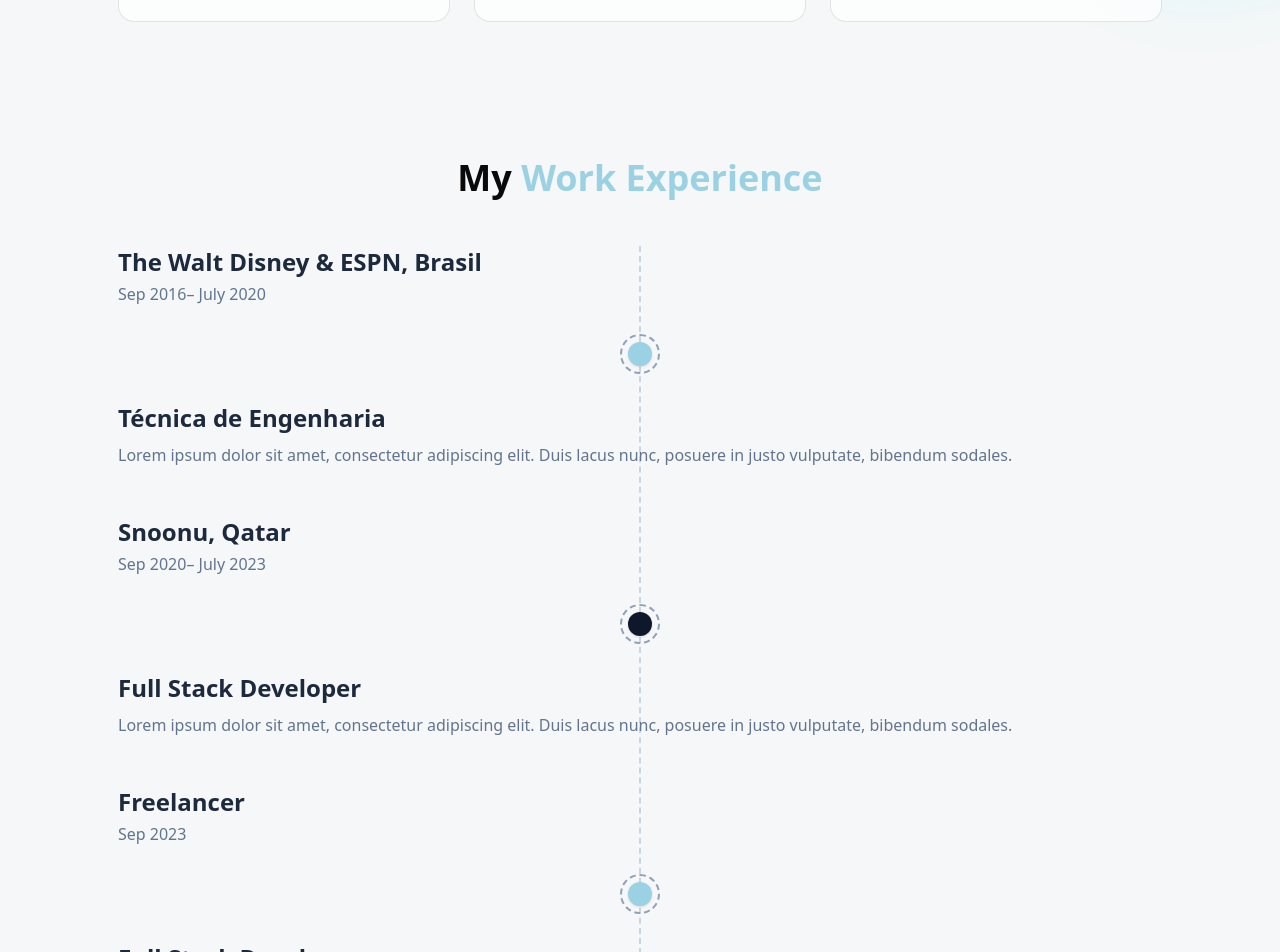
Repository: nina-rebello/portfolio
Page: /
The author's editor kept a copy of each file at every save. The page is drawn from the files as they stood at one save, then again after the next save.
The browser window is 1280 px wide. The pictures show the part of the page from y = 2027 to 2979 px (the page is 3081 px tall before and 2693 px after).
The project was rebuilt for these pictures with package versions that can differ from the ones it lists, and the page was loaded fresh each time. Some packages were replaced by stand-ins written for this rebuild. The framework's server and built-in components were replaced by stand-ins that run in the browser. Also part of the build but not shown: next.config.ts.

Above is the page before, as saved 2025-09-11 18:50:00.

After the next save:
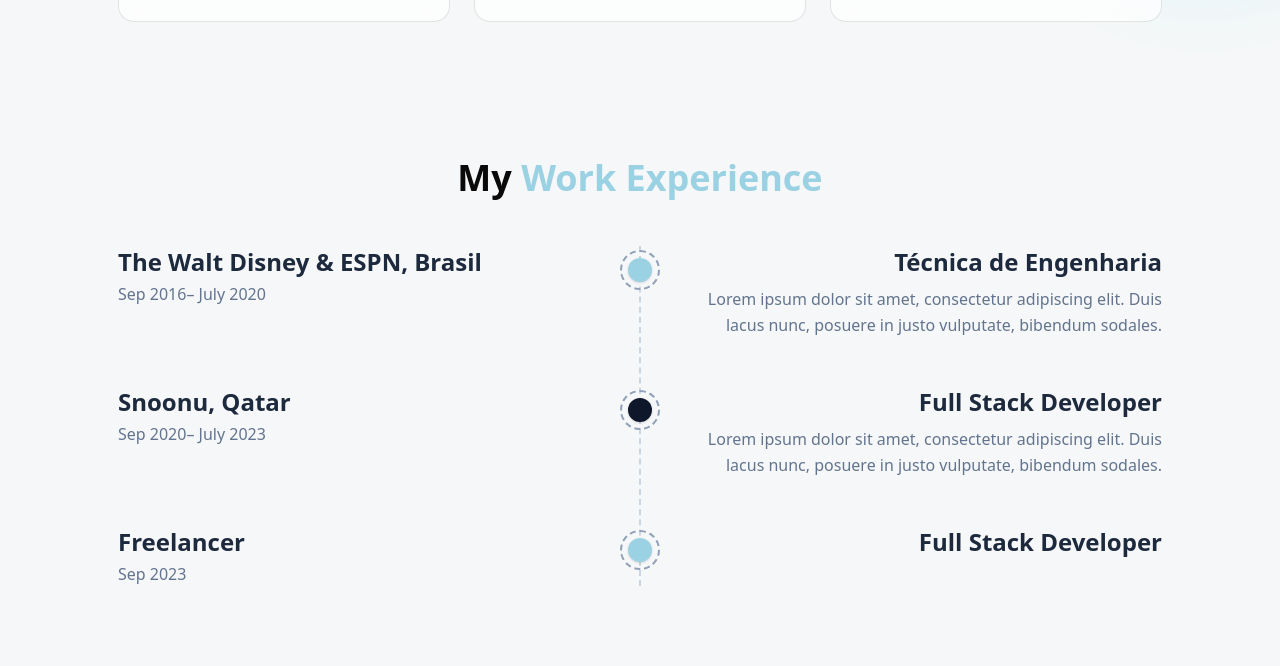
Saved 2 min 25 s later.
--- a/components/sections/WorkExperience.tsx
+++ b/components/sections/WorkExperience.tsx
@@ -38,7 +38,6 @@ export default function WorkExperience() {
   const rowsRef = useRef<Array<HTMLDivElement | null>>([]);
 
   useEffect(() => {
-    // anima a LINHA única ao entrar
     const ioLine = new IntersectionObserver(
       ([entry]) => setLineOn(entry.isIntersecting),
       { threshold: 0.3 }
@@ -48,7 +47,6 @@ export default function WorkExperience() {
   }, []);
 
   useEffect(() => {
-    // anima cada linha (textos + ponto) com stagger
     const io = new IntersectionObserver(
       (entries) => {
         entries.forEach((entry) => {
@@ -78,10 +76,10 @@ export default function WorkExperience() {
 
         {/* wrapper com LINHA ÚNICA ao centro */}
         <div className="relative mt-12">
-          {/* linha vertical única (tracejada) que atravessa tudo */}
+          {/* linha vertical única (tracejada) que atravessa tudo — visível a partir de sm */}
           <div
             className={`pointer-events-none absolute left-1/2 -translate-x-1/2 top-0 bottom-0
-                        w-0.5 border-l-2 border-dashed border-slate-300 origin-top
+                        hidden sm:block w-0.5 border-l-2 border-dashed border-slate-300 origin-top
                         transition-transform duration-[1200ms] ease-[cubic-bezier(0.22,1,0.36,1)]
                         ${lineOn ? "scale-y-100" : "scale-y-0"}`}
             aria-hidden
@@ -94,15 +92,20 @@ export default function WorkExperience() {
               return (
                 <div
                   key={it.company + idx}
-                  ref={(el) => { rowsRef.current[idx] = el; }}
+                  ref={(el) => {
+                    rowsRef.current[idx] = el;
+                  }}
                   data-index={idx}
-                  className="grid grid-cols-[1fr,64px,1fr] items-start gap-6"
+                  className="
+                    grid gap-6 items-start
+                    grid-cols-1
+                    sm:[grid-template-columns:1fr_64px_1fr]
+                  "
                 >
-                  {/* esquerda */}
+                  {/* ESQUERDA: company + period */}
                   <div
-                    className={`transition-all duration-700 ${
-                      active ? "opacity-100 translate-x-0" : "opacity-0 -translate-x-6"
-                    }`}
+                    className={`transition-all duration-700
+                                ${active ? "opacity-100 translate-x-0" : "opacity-0 -translate-x-6"}`}
                     style={{ transitionDelay: `${idx * 120}ms` }}
                   >
                     <h3 className="text-xl sm:text-2xl font-extrabold text-slate-800">
@@ -111,23 +114,25 @@ export default function WorkExperience() {
                     <p className="mt-1 text-slate-500">{it.period}</p>
                   </div>
 
-                  {/* ponto central */}
-                  <div className="relative flex items-center justify-center h-12">
+                  {/* PONTO CENTRAL */}
+                  <div className="relative flex items-center justify-center h-12 sm:h-12">
                     <span
                       className={`relative inline-flex h-10 w-10 items-center justify-center
-                                  transition-transform duration-500 ${
-                                    active ? "scale-100" : "scale-75"
-                                  }`}
+                                  transition-transform duration-500
+                                  mx-auto
+                                  ${active ? "scale-100" : "scale-75"}`}
                       style={{ transitionDelay: `${220 + idx * 120}ms` }}
                     >
                       {/* aro tracejado externo */}
                       <span className="absolute inset-0 rounded-full border-2 border-dashed border-slate-400" />
                       {/* pulso */}
                       <span
-                        className={`absolute inset-0 rounded-full ${active ? "animate-[pulseRing_1.6s_ease-out_1]" : ""}`}
+                        className={`absolute inset-0 rounded-full ${
+                          active ? "animate-[pulseRing_1.6s_ease-out_1]" : ""
+                        }`}
                         style={{ animationDelay: `${260 + idx * 120}ms` }}
                       />
-                      {/* círculo preenchido (meio escuro como no mock) */}
+                      {/* círculo preenchido */}
                       <span
                         className={`inline-block h-6 w-6 rounded-full shadow
                                     ${idx === 1 ? "bg-slate-900" : "bg-[var(--brand)]"}`}
@@ -135,11 +140,10 @@ export default function WorkExperience() {
                     </span>
                   </div>
 
-                  {/* direita */}
+                  {/* DIREITA: role + description */}
                   <div
-                    className={`transition-all duration-700 ${
-                      active ? "opacity-100 translate-x-0" : "opacity-0 translate-x-6"
-                    }`}
+                    className={`transition-all duration-700 sm:text-right
+                                ${active ? "opacity-100 translate-x-0" : "opacity-0 translate-x-6"}`}
                     style={{ transitionDelay: `${180 + idx * 120}ms` }}
                   >
                     <h3 className="text-xl sm:text-2xl font-extrabold text-slate-800">
@@ -169,17 +173,6 @@ export default function WorkExperience() {
             box-shadow: 0 0 0 0 rgba(154, 209, 227, 0);
           }
         }
-
-        /* responsivo: empilha em telas pequenas */
-        @media (max-width: 640px) {
-          :global(#experience .grid) {
-            grid-template-columns: 1fr;
-          }
-          :global(#experience .grid > div:nth-child(2)) {
-            order: 3;
-            height: 48px;
-          }
-        }
       `}</style>
     </section>
   );
